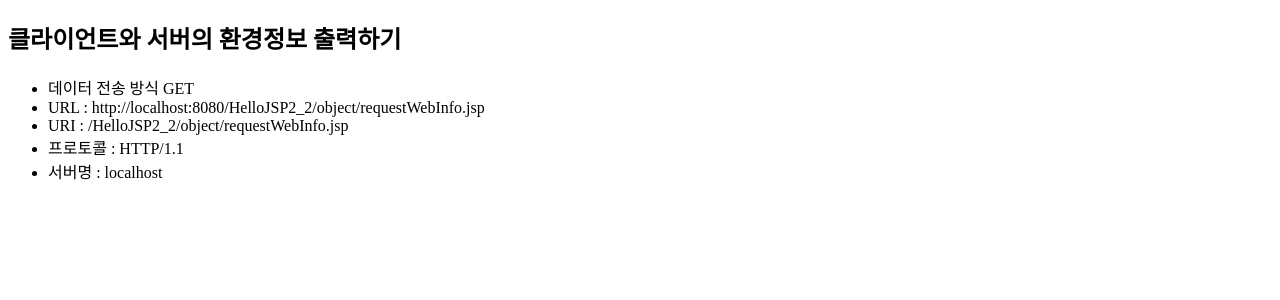
Repository: parkblacksheep/JSP-Servlet
Page: http://localhost/HelloJSP2_2/object/requestWebInfo.jsp
These files come from the project's save history. The page is drawn as it stood at one moment and after the next save; the edit follows.
The browser window is 1280 px wide. The pictures show the whole page.
The page is served by Tomcat 9.

Above is the page before, as saved 2024-07-25 01:40:38.

### HelloJSP2_2/src/main/webapp/object/requestWebInfo.jsp
<%@ page language="java" contentType="text/html; charset=UTF-8"
    pageEncoding="UTF-8"%>
<!DOCTYPE html>
<html>
	<head>
		<meta charset="UTF-8">
		<title>Insert title here</title>
	</head>

	<body>
		<h2>클라이언트와 서버의 환경정보 출력하기</h2>
		<ul>
			<li>데이터 전송 방식 <%= request.getMethod() %></li>
			<li>URL : <%= request.getRequestURL() %></li>
			<li>URI : <%= request.getRequestURI() %></li>
			<li>프로토콜 : <%= request.getProtocol() %></li>
			<li>서버명 : <%= request.getServerName() %></li>
		</ul>
	</body>
</html>

After the next save:
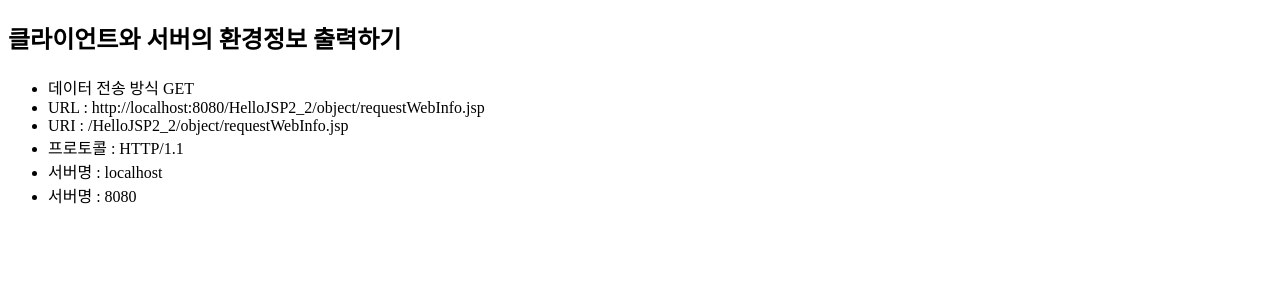
Saved 37 s later.
--- a/HelloJSP2_2/src/main/webapp/object/requestWebInfo.jsp
+++ b/HelloJSP2_2/src/main/webapp/object/requestWebInfo.jsp
@@ -15,6 +15,7 @@
 			<li>URI : <%= request.getRequestURI() %></li>
 			<li>프로토콜 : <%= request.getProtocol() %></li>
 			<li>서버명 : <%= request.getServerName() %></li>
+			<li>서버명 : <%= request.getServerPort() %></li>
 		</ul>
 	</body>
 </html>
